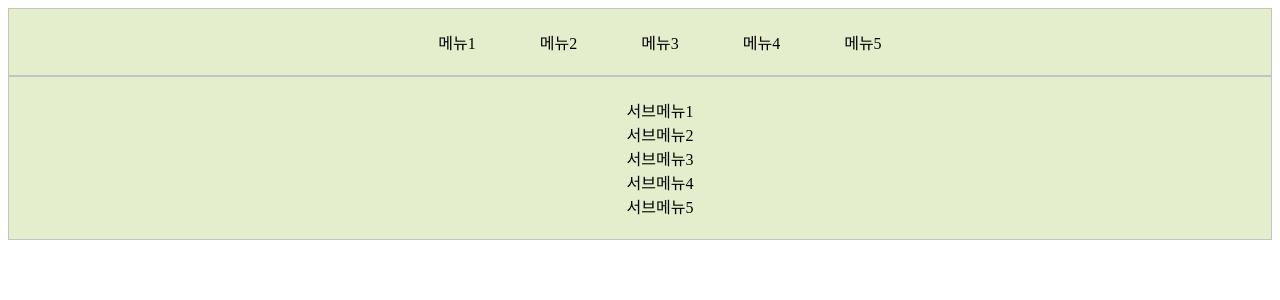
Repository: Ahn-jeong/javabasic
Page: 1.BasicJava/workspace/basic/WebContent/1024/기본슬라이드.html
An editor plug-in stored every save of this project. The page is shown before and after the next save, followed by the edit.
The browser window is 1280 px wide. The pictures show the whole page.

Above is the page before, as saved 2019-10-24 04:44:58.

After the next save:
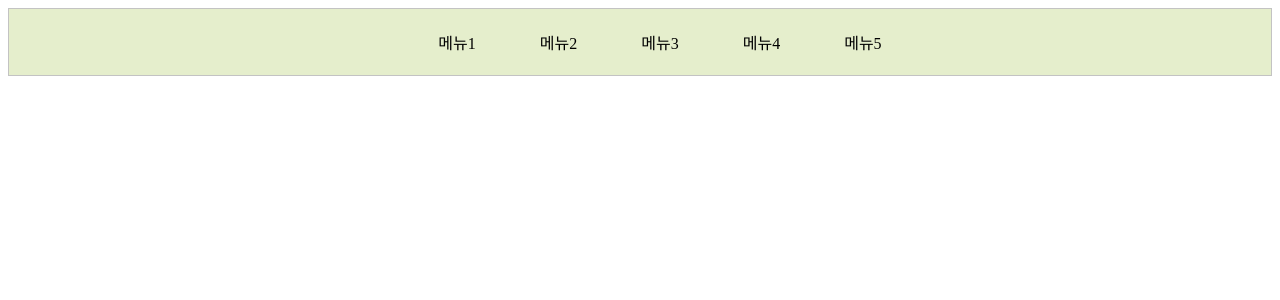
Saved 52 s later.
--- a/1.BasicJava/workspace/basic/WebContent/1024/기본슬라이드.html
+++ b/1.BasicJava/workspace/basic/WebContent/1024/기본슬라이드.html
@@ -23,6 +23,10 @@
 			margin : 0 30px;
 		}
 
+		#panel{
+			display: none;
+		}
+
 	</style>
 	<body>
 		<div id = "flip">
